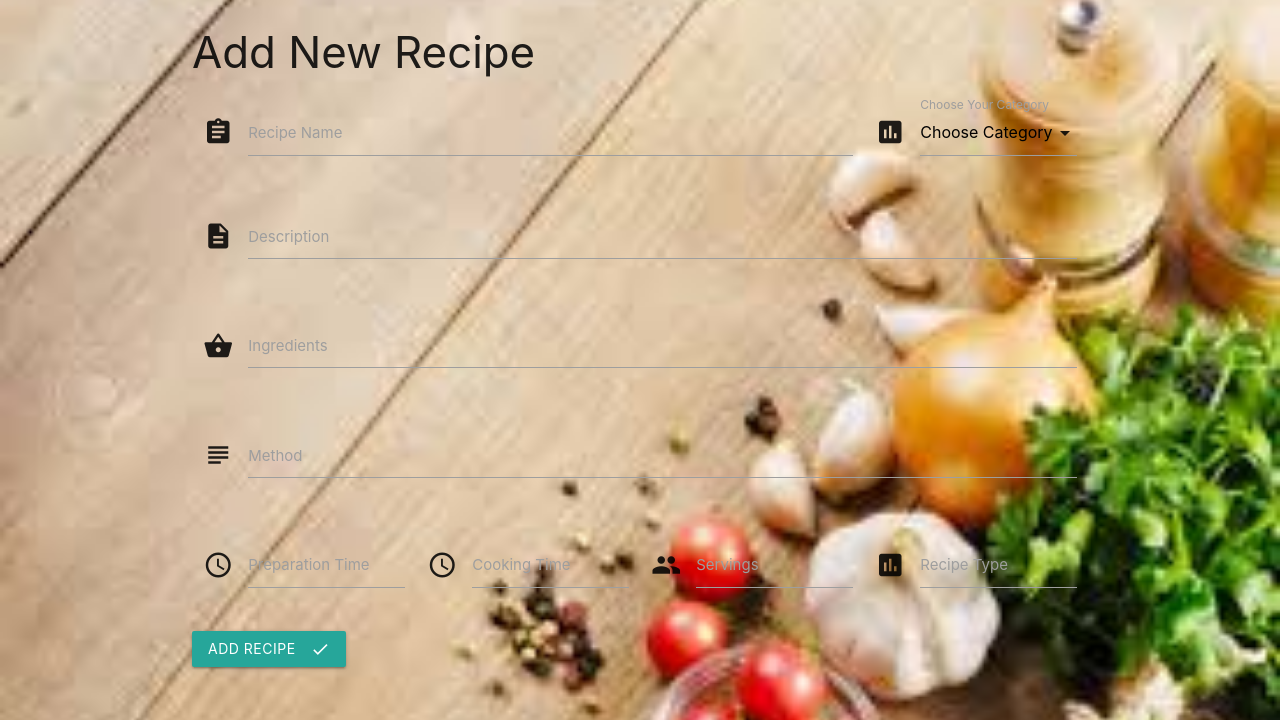
Repository: atena123/COOK-BOOK
Page: templates/addrecipe.html
The author's editor kept a record of every edit. The page is drawn from the files as they stood at one moment, then again after the next edit.
The browser window is 1280 px wide. The pictures show the whole page.
Some web libraries are served in a nearby version. The page is served by the project's application, run on Flask 3 (app.py). The template is opened directly, without the code that normally fills it, so the values that code supplies are empty.

Above is the page before.

After the next edit:
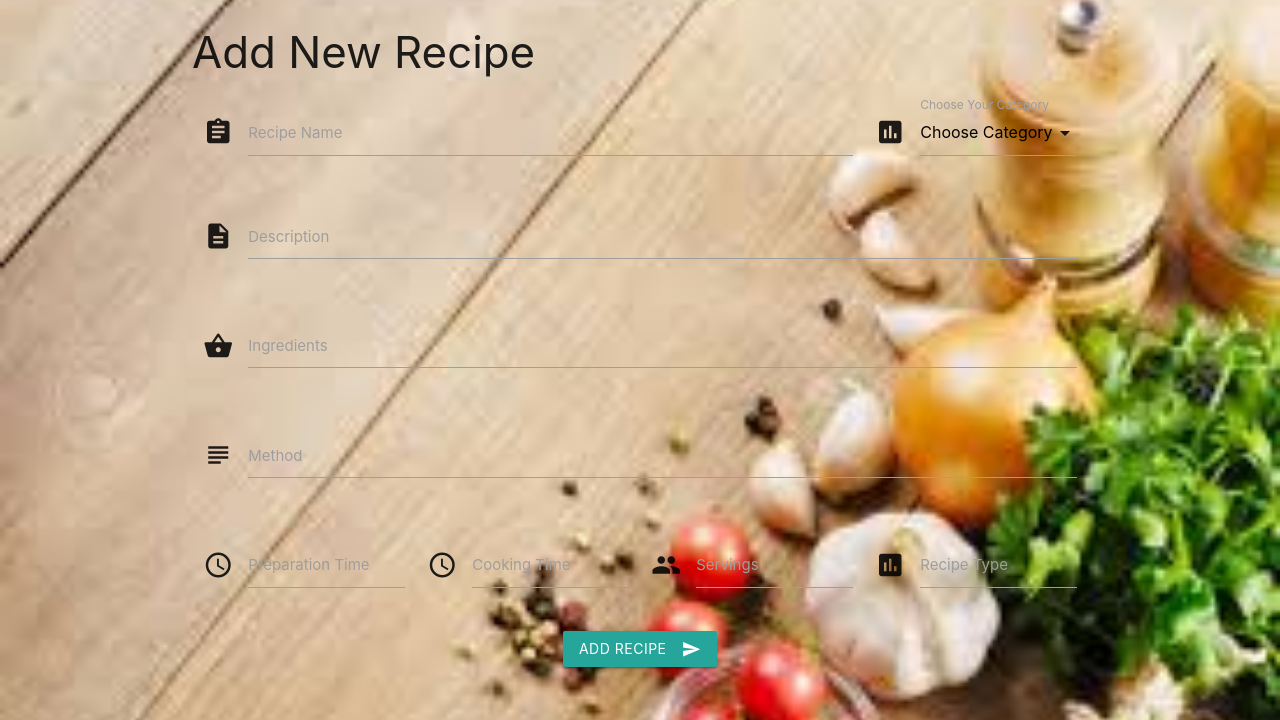
The edit:
--- a/templates/addrecipe.html
+++ b/templates/addrecipe.html
@@ -81,9 +81,9 @@
 
 
 
-        <div class="row">
+        <div class="row add_recipe_button">
             <button class="btn waves-effect waves-light" type="submit" name="action">Add Recipe
-                <i class="material-icons right">done</i>
+                <i class="material-icons right">send</i>
              </button>
         </div>
         </div>
